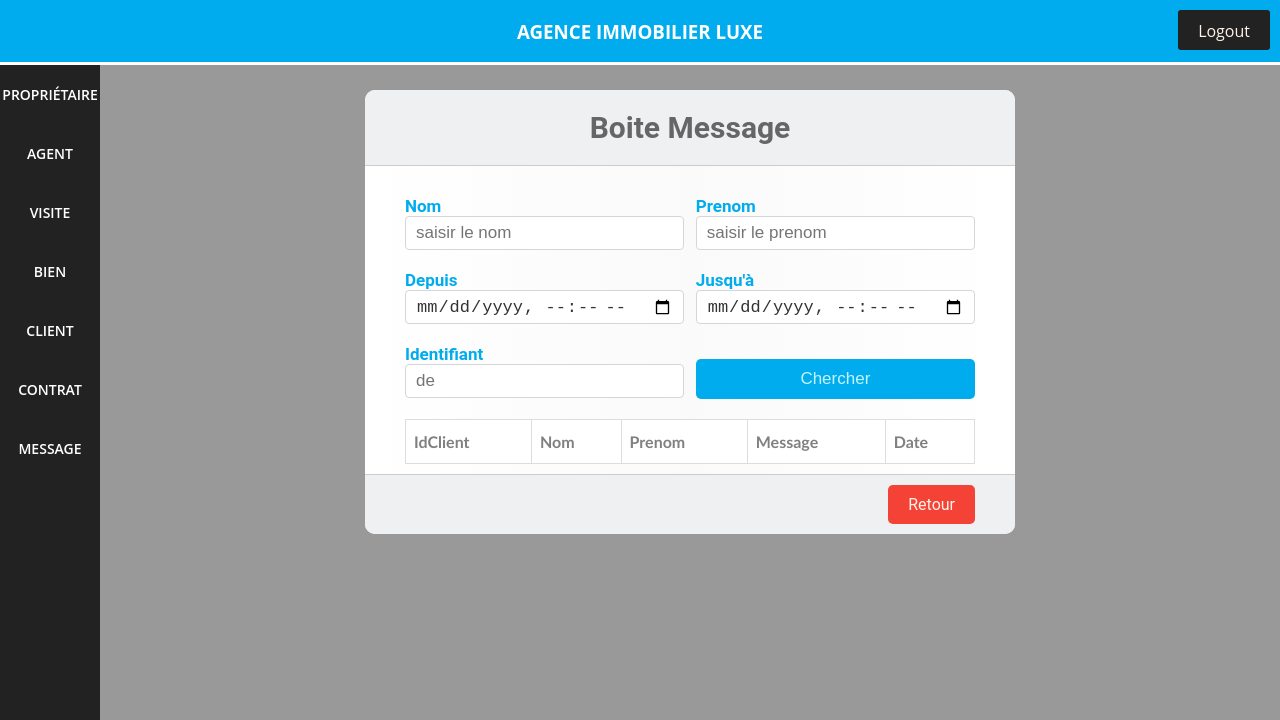
Repository: hassen-mnejja/Real_Estate_Agency_Website
Page: http://localhost/backoffice/WEB-INF/boitemessage.jsp
An editor plug-in stored every save of this project. The page is shown before and after the next save, followed by the edit.
The browser window is 1280 px wide. The pictures show the whole page.
Some icons come from a web library that is not loaded, so they are not drawn. The page is served by Tomcat 9. Nobody is signed in. Other server files are loaded and not shown. The template is opened directly, without the code that normally fills it, so the values that code supplies are empty.

Above is the page before, as saved 2020-06-24 11:06:07.

### backoffice/WebContent/WEB-INF/boitemessage.jsp
<%@ page language="java" contentType="text/html; charset=UTF-8" pageEncoding="UTF-8"%>
<%@ taglib uri="http://java.sun.com/jsp/jstl/core" prefix="c"%>
<!DOCTYPE html>
<html>
<head>
<script src="../JS/1351.js"></script>
<title>Boite de Message</title>
<link rel="stylesheet" href="../Style/MonStyle.css">
<link rel="icon" href="../Images/icon4.ico" />
<script src="../JS/jquery-3.4.1.js"></script>

<style>
.my-form {
	width: 650px;
}
</style>
</head>
<body>

	<!-- navbar -->
	<div id="nav-placeholder"></div>

	<!-- contenu -->
	<div id="contenu">
		<form class="my-form" action="chercherprop" method="post">

			<!-- form header -->
			<div class="form-header">
				<h1>Boite Message</h1>
				<button type="submit" class="btn" style="display: none">Chercher</button>
			</div>

			<!-- form body -->
			<div class="form-body">

				<!-- nom et prenom -->
				<div class="horizontal-group">
					<div class="form-group left">
						<label for="nom" class="label-title">Nom</label> <input type="text" id="nom" class="form-input" name="nom" placeholder="saisir le nom" value="${nom}" />
					</div>
					<div class="form-group right">
						<label for="prenom" class="label-title">Prenom</label> <input type="text" id="prenom" class="form-input" name="prenom" placeholder="saisir le prenom " value="${prenom}" />
					</div>
				</div>

				<!-- nom et prenom -->
				<div class="horizontal-group">
					<div class="form-group left">
						<label for="datemin" class="label-title">Depuis</label> <input type="datetime-local" id="datemin" class="form-input" name="datemin" placeholder="saisir le nom" value="${nom}" />
					</div>
					<div class="form-group right">
						<label for="datemax" class="label-title">Jusqu'à</label> <input type="datetime-local" id="datemax" class="form-input" name="datemax" placeholder="saisir le prenom " value="${prenom}" />
					</div>
				</div>

				<!-- identifiant -->
				<div class="horizontal-group">
					<div class="form-group right" style="margin-left: auto; margin-right: auto">
						<button type="submit" class="btn" style="width: 100%; margin-top: 15px">Chercher</button>
					</div>
					<div class="form-group left">
						<label for="idclient" class="label-title">Identifiant</label> <input type="number" id="idclient" name="idclient" class="form-input" placeholder="de" value="${de}" />
					</div>
				</div>

				<!-- Table -->
				<table id="elements" style="cellspacing: 0">
					<thead>
						<tr>
							<th>IdClient</th>
							<th>Nom</th>
							<th>Prenom</th>
							<th>Message</th>
							<th>Date</th>
						</tr>
					</thead>
					<tbody>
						<c:forEach var="prop" items="${listeprop}">
							<tr>
								<td><a class="aa" style="text-align: right;" href="descriptifprop?identifiant=${prop.idProp}">${prop.idProp}</a></td>
								<td style="white-space: nowrap;">${prop.nom}</td>
								<td style="white-space: nowrap;">${prop.prenom}</td>
								<td style="white-space: nowrap;">${prop.numPriv}</td>
								<td style="white-space: nowrap;">${prop.numTrav}</td>
							</tr>
						</c:forEach>
					</tbody>
				</table>
			</div>

			<!-- form-footer -->
			<div class="form-footer">
				<a href="home">Retour</a>

			</div>

		</form>
	</div>

	<!-- javascript -->
	<script>
		$(function() {
			$("#nav-placeholder").load("../navbar.html");
		});
	</script>
</body>
</html>

### backoffice/WebContent/Style/MonStyle.css
@charset "ISO-8859-1";
.aa:hover {
	background-color: rgba(0, 0, 0, 0);
	color: #4088a3;
}

.aa:link, .aa:visited {
	background-color: rgba(0, 0, 0, 0);
	color: #666;
	text-decoration: none;
	display: inline-block;
	border: none;
	padding: 0px 0px;
}

.nav {
	position: fixed;
	top: 60px;
	left: 0px;
	width: 100px;
	height: 100%;
	background: #222;
	z-index: 2;
}

.contenu {
	position: fixed;
	top: 60px;
	left: 100px;
	width: 100%;
	height: 100%;
	background: #999;
	z-index: 2;
}

.header {
	position: fixed;
	left: 0;
	right: 0;
	z-index: 1002;
	min-height: 60px;
	padding: 0 15px;
	background: #00acee;
	border-bottom: 3px solid white;
}

#contenu {
	position: fixed;
	top: 60px;
	left: 100px;
	width: calc(100% - 100px);
	height: 100%;
	background: #999;
	z-index: 1;
	margin-left: auto;
	margin-right: auto;
	transition: all 500ms linear;
	overflow-y: auto;
}

#contenu.active {
	left: 0px;
	width: 100%;
}

#nav {
	left: 0px;
	transition: all 500ms linear;
}

#nav.active {
	left: -100px;
}

.nav span {
	display: block;
	font-size: 14px;
	color: #fff;
	font-weight: 600;
	text-transform: uppercase;
	margin-top: 10px;
}

.fi {
	font-size: 25px;
	color: #eee;
}

.toggle {
	position: fixed;
	font-size: 25px;
	color: #222;
	top: 15px;
	left: 40px;
	cursor: pointer;
}

.nav .nav-item {
	position: relative;
	width: 100%;
	text-align: center;
}

.nav .main-item, .nav .sub-item {
	padding: 15px 0px;
	background: #222;
}

.nav .nav-item .sub-items {
	position: absolute;
	top: 0px;
	left: -300px;
	width: max-content;
	z-index: -1;
	transition: all 300ms ease-in-out;
}

.nav .sub-items .sub-item {
	float: left;
	width: 100px;
}

.nav .main-item:hover, .nav .sub-item:hover {
	background: #00acee;
	cursor: pointer;
}

.nav .nav-item:hover .sub-items {
	left: 102px;
}

#elements {
	font-family: "Trebuchet MS", Arial, Helvetica, sans-serif;
	border-collapse: collapse;
	width: 100%;
	border: 1px solid #d6d6d6;
	border-radius: 3px 3px 3px 3px;
}

#elements td, #elements th {
	border: 1px solid #ddd;
	padding: 8px;
}

#elements tr:nth-child(even) {
	background-color: white;
}

#elements tr:nth-child(odd) {
	background-color: #eff0f1;
}

#elements tr:hover {
	background-color: #ddd;
}

#elements th {
	padding-top: 12px;
	padding-bottom: 12px;
	text-align: left;
	background-color: white;
	color: gray;
}

@import url('https://fonts.googleapis.com/css?family=Roboto');

/*---------------------------------------*/
/* Register Form */
/*---------------------------------------*/
body {
	margin: 0px;
	font-family: "Open Sans", sans-serif;
}

a:link, a:visited {
	background-color: #f44336;
	color: #fff3e9;
	padding: 10px 20px;
	text-align: center;
	text-decoration: none;
	display: inline-block;
	border: none;
	border-radius: 5px;
}

a:hover, a:active {
	background-color: #fa3c39;
	color: white;
}

.my-form {
	font-family: "Roboto", sans-serif;
	background: linear-gradient(to right, #ffffff 0%, #fafafa 50%, #ffffff 99%);
	border-radius: 10px;
	margin: 30px auto;
	width: 650px;
}

/*---------------------------------------*/
/* Form Header */
/*---------------------------------------*/
.form-header {
	background-color: #EFF0F1;
	border-top-left-radius: 10px;
	border-top-right-radius: 10px;
}

.form-header h1 {
	font-size: 30px;
	text-align: center;
	color: #666;
	padding: 20px 0;
	border-bottom: 1px solid #cccccc;
}

/*---------------------------------------*/
/* Form Body */
/*---------------------------------------*/
.form-body {
	padding: 10px 40px;
	color: #666;
}

.form-group {
	margin-bottom: 20px;
}

.form-body .label-title {
	color: #00acee;
	font-size: 17px;
	font-weight: bold;
}

.form-body .form-input {
	font-size: 17px;
	box-sizing: border-box;
	width: 100%;
	height: 34px;
	padding-left: 10px;
	padding-right: 10px;
	color: #333333;
	text-align: left;
	border: 1px solid #d6d6d6;
	border-radius: 4px;
	background: white;
	outline: none;
}

.horizontal-group .left {
	float: left;
	width: 49%;
}

.horizontal-group .right {
	float: right;
	width: 49%;
}

/*---------------------------------------*/
/* Form Footer */
/*---------------------------------------*/
.my-form .form-footer {
	background-color: #EFF0F1;
	border-bottom-left-radius: 10px;
	border-bottom-right-radius: 10px;
	padding: 10px 40px;
	text-align: right;
	border-top: 1px solid #cccccc;
	clear: both;
}

.form-footer span {
	float: left;
	margin-top: 10px;
	color: #999;
	font-style: italic;
	font-weight: thin;
}

.btn {
	display: inline-block;
	padding: 10px 20px;
	background-color: #00acee;
	font-size: 17px;
	border: none;
	border-radius: 5px;
	color: #c3f4ff;
	cursor: pointer;
}

.btn:hover {
	background-color: #11addd;
	color: white;
}

a.log {
	position: fixed;
	float: left;
	background: #222;
	border-radius: 3px 3px 3px 3px;
	height: 20px;
	top: 10px;
	right: 10px;
}

.title {
	color: white;
	text-align: center;
	cursor: pointer;
}

### backoffice/WebContent/navbar.html
<script src="JS/1351.js"></script>
<header class="header black-bg">
	<i class="fas fa-bars toggle" onclick="toggle()" id="b"></i>
	<h3 class="title" onclick="window.location.href = '/backoffice/prive/home';">AGENCE IMMOBILIER LUXE</h3>
	<a class="log" href="/backoffice/logout" id="discon">Logout</a>
</header>
<div class="nav" id="nav" style="display: block">
	<div class="nav-item">
		<div class="main-item">
			<i class="fad fa-house-user fi"></i> <span>Propriétaire</span>
		</div>
		<div class="sub-items">
			<div class="sub-item" onclick="window.location.href = '/backoffice/prive/ajouterprop';">
				<i class="fad fa-user-plus fi"></i> <span>Ajouter</span>
			</div>
			<div class="sub-item" onclick="window.location.href = '/backoffice/prive/chercherprop';">
				<i class="fad fa-search fi"></i> <span>Chercher</span>
			</div>
		</div>
	</div>
	<div class="nav-item">
		<div class="main-item">
			<i class="fad fa-user-headset fi"></i> <span>Agent</span>
		</div>
		<div class="sub-items">
			<div class="sub-item" onclick="window.location.href = '/backoffice/prive/ajouteragent';">
				<i class="fad fa-user-plus fi"></i> <span>Ajouter</span>
			</div>
			<div class="sub-item" onclick="window.location.href = '/backoffice/prive/chercheragent';">
				<i class="fad fa-search fi"></i> <span>Chercher</span>
			</div>
		</div>
	</div>
	<div class="nav-item">
		<div class="main-item">
			<i class="fad fa-house-return fi"></i> <span>Visite</span>
		</div>
		<div class="sub-items">
			<div class="sub-item" onclick="window.location.href = '/backoffice/prive/ajoutervisite';">
				<i class="fad fa-calendar-plus fi"></i> <span>Programmer</span>
			</div>
			<div class="sub-item" onclick="window.location.href = '/backoffice/prive/cherchervisite';">
				<i class="fad fa-search fi"></i> <span>Chercher</span>
			</div>
		</div>
	</div>
	<div class="nav-item">
		<div class="main-item">
			<i class="fad fa-house fi"></i> <span>Bien</span>
		</div>
		<div class="sub-items">
			<div class="sub-item" onclick="window.location.href = '/backoffice/prive/ajouterbien';">
				<i class="fad fa-plus fi"></i> <span>Ajouter</span>
			</div>
			<div class="sub-item" onclick="window.location.href = '/backoffice/prive/chercherbien';">
				<i class="fad fa-search fi"></i> <span>Chercher</span>
			</div>
		</div>
	</div>
	<div class="nav-item">
		<div class="main-item">
			<i class="fad fa-user fi"></i> <span>client</span>
		</div>
		<div class="sub-items">
			<div class="sub-item" onclick="window.location.href = '/backoffice/prive/ajouterclient';">
				<i class="fad fa-user-plus fi"></i> <span>Ajouter</span>
			</div>
			<div class="sub-item" onclick="window.location.href = '/backoffice/prive/chercherclient';">
				<i class="fad fa-search fi"></i> <span>Chercher</span>
			</div>
		</div>
	</div>
	<div class="nav-item">
		<div class="main-item">
			<i class="fad fa-file fi"></i> <span>contrat</span>
		</div>
		<div class="sub-items">
			<div class="sub-item" onclick="window.location.href = '/backoffice/prive/ajoutercontrat';">
				<i class="fad fa-file-plus fi"></i> <span>Ajouter</span>
			</div>
			<div class="sub-item" onclick="window.location.href = '/backoffice/prive/cherchercontrat';">
				<i class="fad fa-file-search fi"></i> <span>Chercher</span>
			</div>
		</div>
	</div>
	<div class="nav-item">
		<div class="main-item">
			<i class="fad fa-comments-alt fi"></i> <span>Message</span>
		</div>
		<div class="sub-items">
			<div class="sub-item" onclick="window.location.href = '/backoffice/prive/ecriremessage';">
				<i class="fad fa-comment-alt-plus fi"></i> <span>Ajouter</span>
			</div>
			<div class="sub-item" onclick="window.location.href = '/backoffice/prive/boitemessage';">
				<i class="fad fa-inbox fi"></i> <span>Chercher</span>
			</div>
		</div>
	</div>
</div>
<script>
	function toggle() {
		document.getElementById("nav").classList.toggle('active');
		document.getElementById("contenu").classList.toggle('active');
	}
</script>

Loaded but not shown: backoffice/WebContent/JS/1351.js (library); backoffice/WebContent/JS/jquery-3.4.1.js (library)

After the next save:
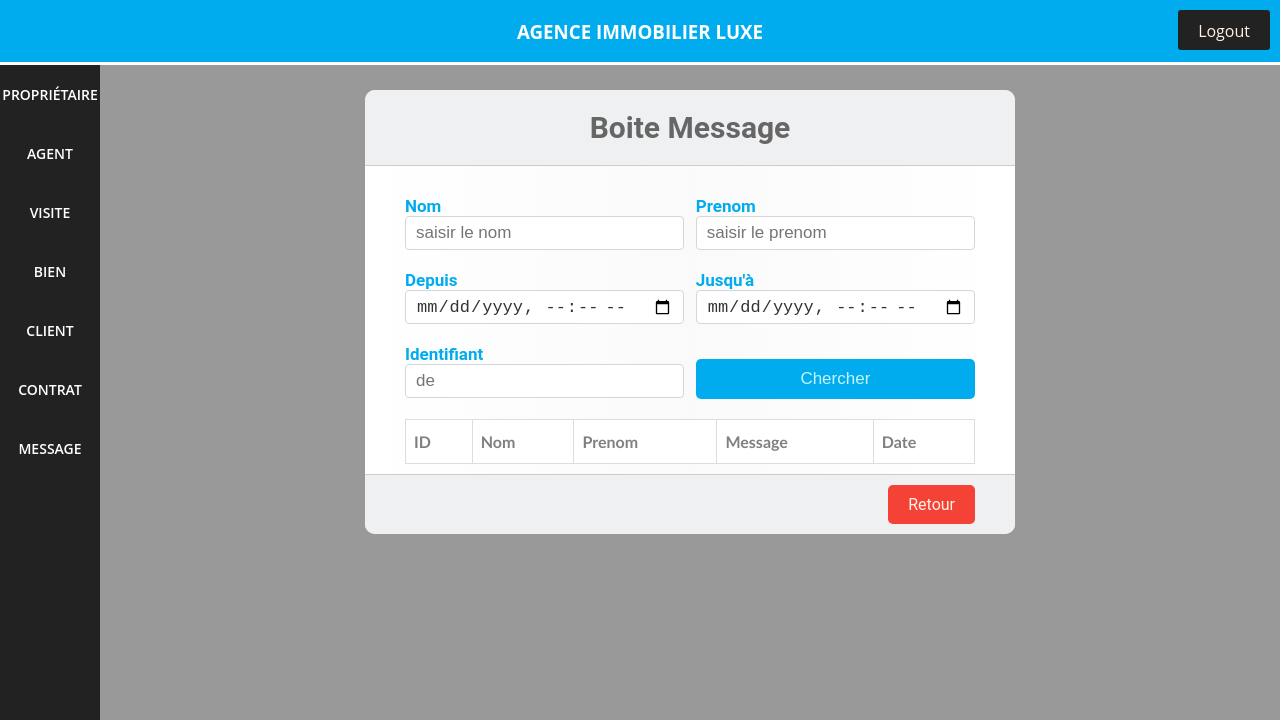
Saved 14 s later.
--- a/backoffice/WebContent/WEB-INF/boitemessage.jsp
+++ b/backoffice/WebContent/WEB-INF/boitemessage.jsp
@@ -67,7 +67,7 @@
 				<table id="elements" style="cellspacing: 0">
 					<thead>
 						<tr>
-							<th>IdClient</th>
+							<th>ID</th>
 							<th>Nom</th>
 							<th>Prenom</th>
 							<th>Message</th>
